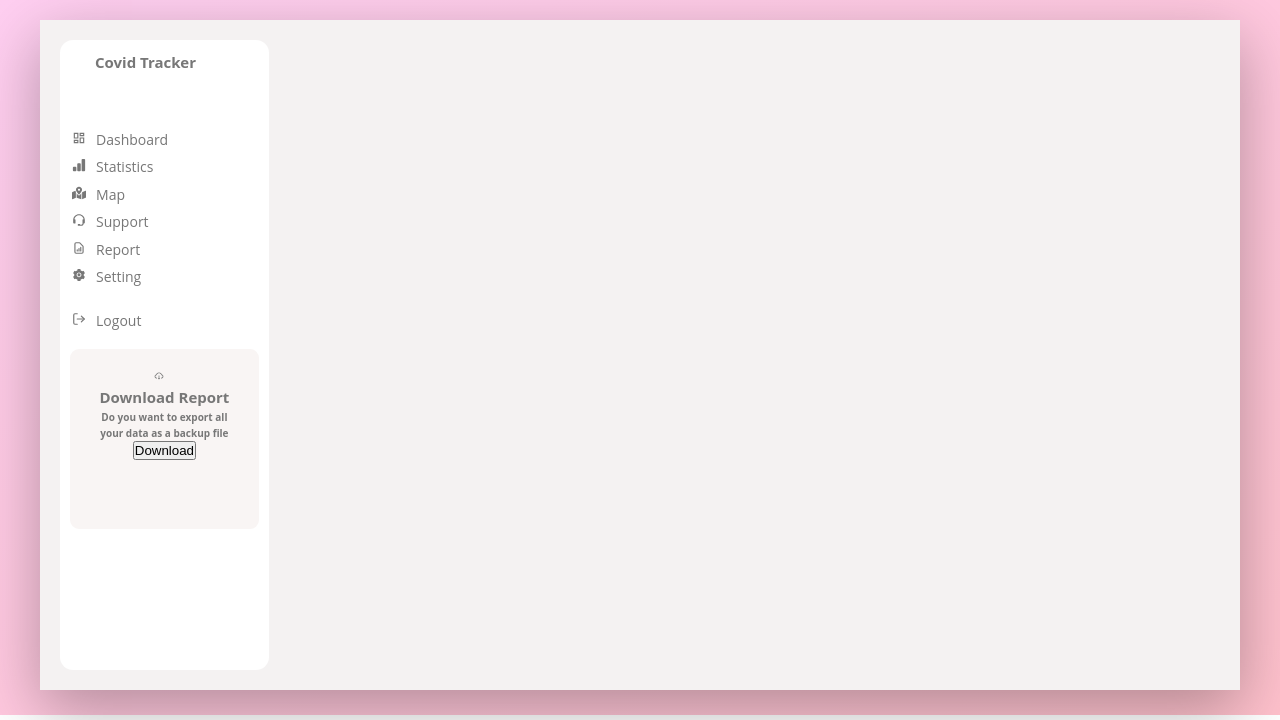
Repository: okidijimmy200/CovidAdminTracker
Page: /
The author's editor kept a copy of each file at every save. The page is drawn from the files as they stood at one save, then again after a run of saves.
The browser window is 1280 px wide. The pictures show the whole page.
The project was rebuilt for these pictures with package versions that can differ from the ones it lists, and the page was loaded fresh each time.

Above is the page before, as saved 2022-06-16 12:52:50.

### public/index.html
<!DOCTYPE html>
<html lang="en">
  <head>
    <meta charset="utf-8" />
    <link rel="icon" href="%PUBLIC_URL%/favicon.ico" />
    <meta name="viewport" content="width=device-width, initial-scale=1" />
    <meta name="theme-color" content="#000000" />
    <meta
      name="description"
      content="Web site created using create-react-app"
    />
    <link rel="apple-touch-icon" href="%PUBLIC_URL%/logo192.png" />
    <!--
      manifest.json provides metadata used when your web app is installed on a
      user's mobile device or desktop. See https://developers.google.com/web/fundamentals/web-app-manifest/
    -->
    <link rel="manifest" href="%PUBLIC_URL%/manifest.json" />
    <!--
      Notice the use of %PUBLIC_URL% in the tags above.
      It will be replaced with the URL of the `public` folder during the build.
      Only files inside the `public` folder can be referenced from the HTML.

      Unlike "/favicon.ico" or "favicon.ico", "%PUBLIC_URL%/favicon.ico" will
      work correctly both with client-side routing and a non-root public URL.
      Learn how to configure a non-root public URL by running `npm run build`.
    -->
    <title>Covid Admin Tracker</title>
  </head>
  <body>
    <noscript>You need to enable JavaScript to run this app.</noscript>
    <div id="root"></div>
    <!--
      This HTML file is a template.
      If you open it directly in the browser, you will see an empty page.

      You can add webfonts, meta tags, or analytics to this file.
      The build step will place the bundled scripts into the <body> tag.

      To begin the development, run `npm start` or `yarn start`.
      To create a production bundle, use `npm run build` or `yarn build`.
    -->
  </body>
</html>

### src/index.scss
:root {
  --color-primary:#eb2f64;
  --color-primary-light:#ffcff1;
  --color-primary-dark:#ffc1cc;
  --color-grey-light-1: #faf9f9;
  --color-grey-light-2: #f4f2f2;
  --color-grey-light-3: #f0eeee;
  --color-grey-light-4: #ccc;
  --color-grey-dark-1: #333;
  --color-grey-dark-2: #777;
  --color-grey-dark-3: #999;

  // creating variable for box
  --shadow-dark: 0 2rem 6rem rgba(0, 0, 0, 0.3);

  --shadow-light: 0 2rem 5rem rgba(0,0,0,.06);
}


* {
  margin: 0;
  padding: 0;
}
*,
*::before,
*::after {
  box-sizing: inherit;
}

html {
  box-sizing: border-box;
  font-size: 62.5%;

}

body {
  font-family: 'Open Sans', sans-serif;
  font-weight: 400;
  line-height: 1.6;
  color: var(--color-grey-dark-2);
  background-image: linear-gradient(to right bottom, var(--color-primary-light), var(--color-primary-dark));
  background-size: cover;
  background-repeat: no-repeat;
  min-height: 96.5vh;
}

### src/App.tsx
import React from 'react';
import Sidebar from './sidebar/sidebar';
import Content from './core/content';
import './App.scss';

function App() {
  return (
    <div data-testid='container' className="container">
      <div className="content">
      <Sidebar />
      <Content />
      </div>

    </div>
  );
}

export default App;

### src/sidebar/sidebar.tsx
import React from 'react'
import {MdOutlineDashboard  } from 'react-icons/md'
import { BsFillBarChartFill } from 'react-icons/bs'
import { FaMapMarkedAlt } from 'react-icons/fa'
import { BiSupport } from 'react-icons/bi'
import { HiOutlineDocumentReport } from 'react-icons/hi'
import { AiFillSetting } from 'react-icons/ai'
import { FiLogOut } from 'react-icons/fi'
import { AiOutlineCloudDownload } from 'react-icons/ai'

import './sidebar.scss'

export default function sidebar() {
  return (
    <>
    <nav className="sidebar">
        <h2 className='title'>Covid Tracker</h2>
        <div className='sidebar-flex'>
            <div>
            <ul className="side-nav">
            <li className="side-nav__item side-nav__item--active">
                <span className='side-nav__icon'><MdOutlineDashboard /></span>
                    <span>Dashboard</span>
            </li>
            <li className="side-nav__item">
                {/* <a href="#" class="side-nav__link"> */}
                    <span className="side-nav__icon">
                        <BsFillBarChartFill />
                        {/* <use xlink:href="img/spritspam#icon-aircraft-take-off"></use> */}
                    </span>
                    <span>Statistics</span>
                {/* </a> */}
            </li>
            <li className="side-nav__item">
                {/* <a href="#" class="side-nav__link"> */}
                    <span className="side-nav__icon">
                        <FaMapMarkedAlt />
                        {/* <use xlink:href="img/sprite.svg#icon-key"></use> */}
                    </span>
                    <span>Map</span>
                {/* </a> */}
            </li>
            <li className="side-nav__item">
                {/* <a href="#" className="side-nav__link"> */}
                    <span className="side-nav__icon">
                        {/* <use xlink:href="img/sprite.svg#icon-map"></use> */}
                        <BiSupport />
                    </span>
                    <span>Support</span>
                {/* </a> */}
            </li>
            <li className="side-nav__item">
                {/* <a href="#" className="side-nav__link"> */}
                    <span className="side-nav__icon">
                        {/* <use xlink:href="img/sprite.svg#icon-map"></use> */}
                        <HiOutlineDocumentReport />
                    </span>
                    <span>Report</span>
                {/* </a> */}
            </li>
            <li className="side-nav__item">
                {/* <a href="#" className="side-nav__link"> */}
                    <span className="side-nav__icon">
                        {/* <use xlink:href="img/sprite.svg#icon-map"></use> */}
                        <AiFillSetting />
                    </span>
                    <span>Setting</span>
                {/* </a> */}
            </li>
        </ul>
            </div>
            <div>
                <ul className="side-nav logout">
                <li className="side-nav__item">
                <span className="side-nav__icon">
                        <FiLogOut />
                    </span>
                <span>Logout</span>
            </li>
                </ul>

            </div>

        <div className="download">
            <div className='download__container'>
            <span className="side-nav__icon">
                <AiOutlineCloudDownload />
            </span>
            <h2>Download Report</h2>
                <h4>Do you want to export all your data as a backup file</h4>
            <button>Download</button>
            </div>

        </div>
        </div>
    </nav>
</>
  )
}

### src/core/content.tsx
import React from 'react'

import './content.scss'

export default function Content() {
  return (
    <main className="hotel-view">
    </main>
  )
}

### src/App.scss
.container {
  max-width: 120rem;
  // centering in the view port
  margin: 2rem auto;
  background-color: var(--color-grey-light-2);
  // box-shadow:;
  box-shadow: var(--shadow-dark);

  // min height for testing
  // min-height: 60rem;

}

.content {
  display: flex;
  min-height: 93vh;
  padding: 2rem;
}

### src/sidebar/sidebar.scss

.sidebar {
    // styling the sidebar
    background-color: #fff;
    // flex property to define width, grow 0, shrink 0
    flex: 0 0 18%;
    // to create alot of space in the container for legal text
    border-radius: 1.3rem;
}

.side-nav {
    // adding font size
    font-size: 1.4rem;
    list-style: none;
    margin-top: 3.5rem;


   &__item {
       // parent element set to relative to element the hover effect
       position: relative;
       cursor: pointer;
       margin-left: 1.2rem;

       // to create space btn the items
       &:not(:last-child) {
           margin-bottom: .5rem;
       }
   }

   // this shd be visible only when we hover the item
   &__item:hover::before,
   // to make one of the li items initially highlighted
   &__item--active::before {
       width: 100%;
   }

   // to show the item as selected
   &__item:active::before {
       background-color: #fff;
   }


   &__link:link,
   &__link:visited {
    //    color: var(--color-grey-light-1);
       text-decoration: none;
       text-transform: uppercase;
       display: inline-block;
       padding: 1.5rem 3rem;
       // z-index only works with positioning
       position: relative;
       z-index: 10;
       // to align items in straight line
       display: flex;
       align-items: center;
   }

   &__icon {
       // reduce size of icons
       width: 1.75rem;
       height: 1.75rem;
       margin-right: 1rem;
       // current color is the color of the current element
       fill:currentColor;
   }
}
.logout {
    margin-top: 2.2rem;
    margin-bottom: 1.6rem;
}
.sidebar-flex {
    display: flex;
    flex-direction: column;
    height: 45rem;
}
.title {
    padding: 1rem 2rem 2rem 3.5rem;
}

.download {
    border-radius: .9rem;
    background-color: #F9F5F4;
    height: 18rem;
    margin: 0 1rem;

    &__container {
        text-align: center;
        margin: 2rem;
    }
}

### src/core/content.scss
.hotel-view {
    // background-color: #fff;
    // to make the hotel-view cover up the remaining space
    flex: 1;
    margin-left: 2rem;
}

Loaded but not shown: src/index.tsx (common file); src/reportWebVitals.ts (common file)

After the next 3 saves:
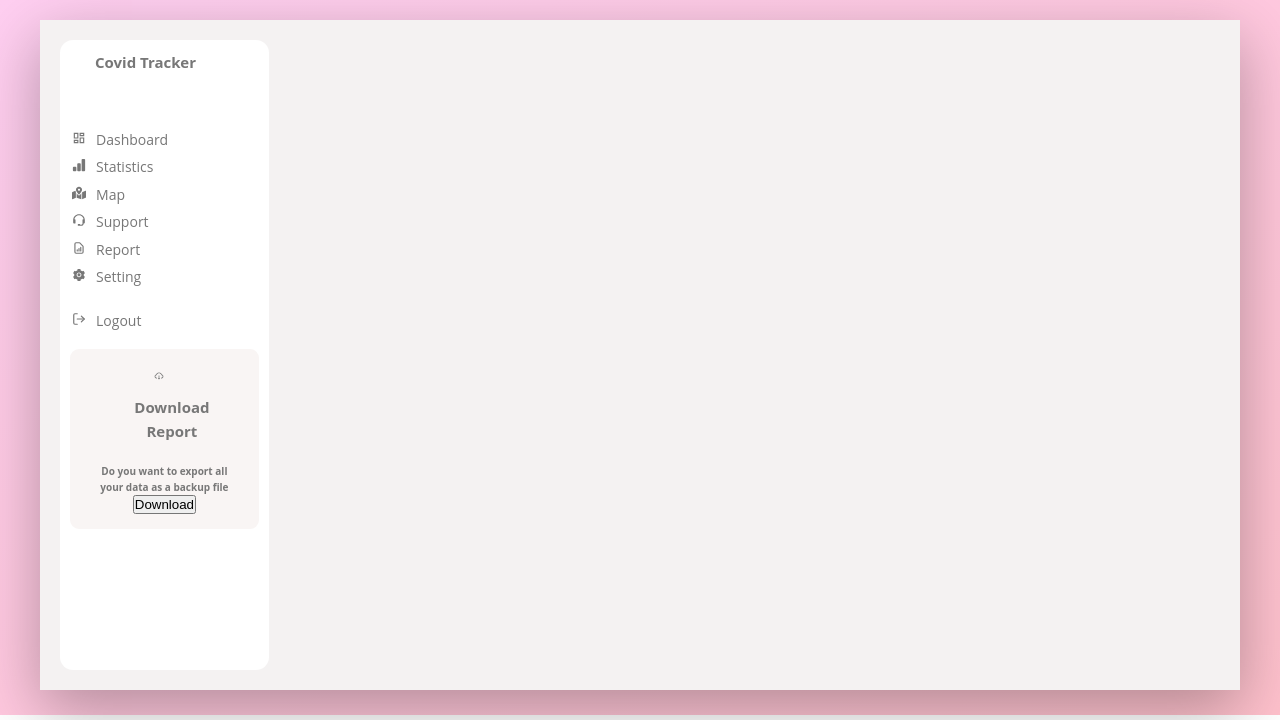
The 3 saves are shown as one change because they came seconds apart.
The last was saved 34 s later.
--- a/src/sidebar/sidebar.tsx
+++ b/src/sidebar/sidebar.tsx
@@ -86,7 +86,7 @@
             <span className="side-nav__icon">
                 <AiOutlineCloudDownload />
             </span>
-            <h2>Download Report</h2>
+            <h2 className='title'>Download Report</h2>
                 <h4>Do you want to export all your data as a backup file</h4>
             <button>Download</button>
             </div>

After the 2 saves that followed:
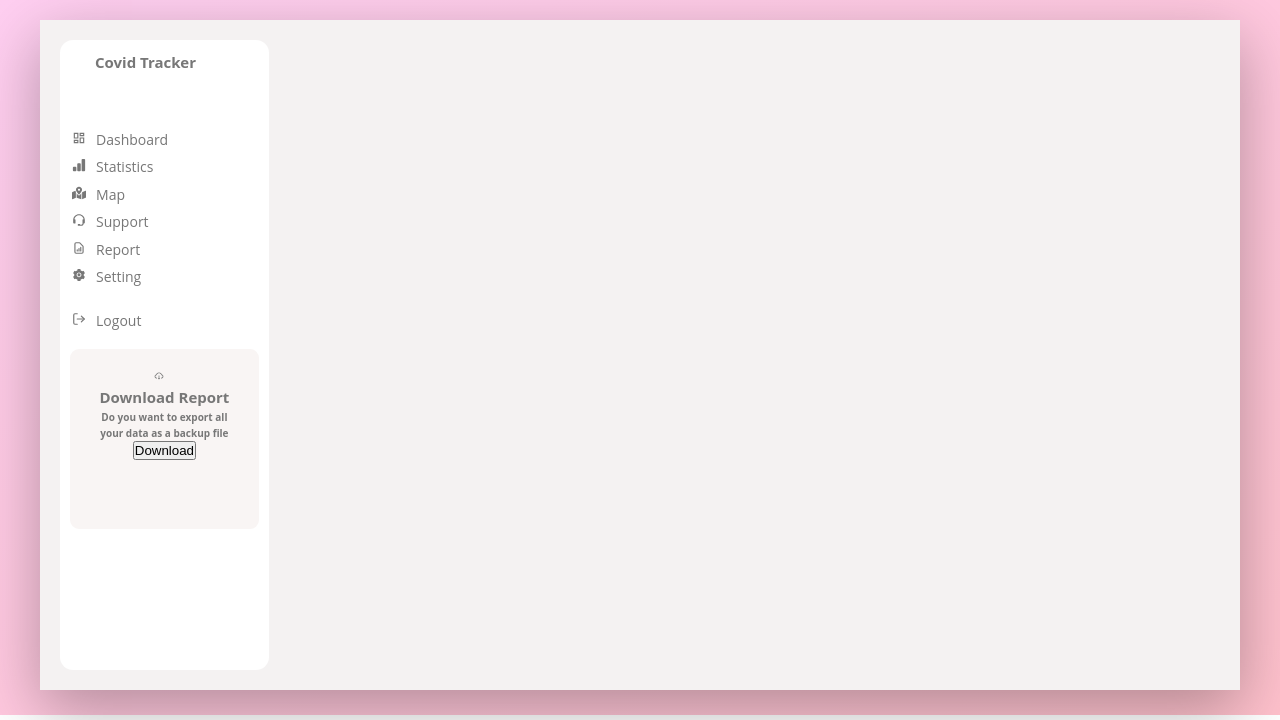
The 2 saves are shown as one change because they came seconds apart.
The last was saved 21 s later.
--- a/src/sidebar/sidebar.tsx
+++ b/src/sidebar/sidebar.tsx
@@ -86,7 +86,7 @@
             <span className="side-nav__icon">
                 <AiOutlineCloudDownload />
             </span>
-            <h2 className='title'>Download Report</h2>
+            <h2 className='title__download'>Download Report</h2>
                 <h4>Do you want to export all your data as a backup file</h4>
             <button>Download</button>
             </div>
